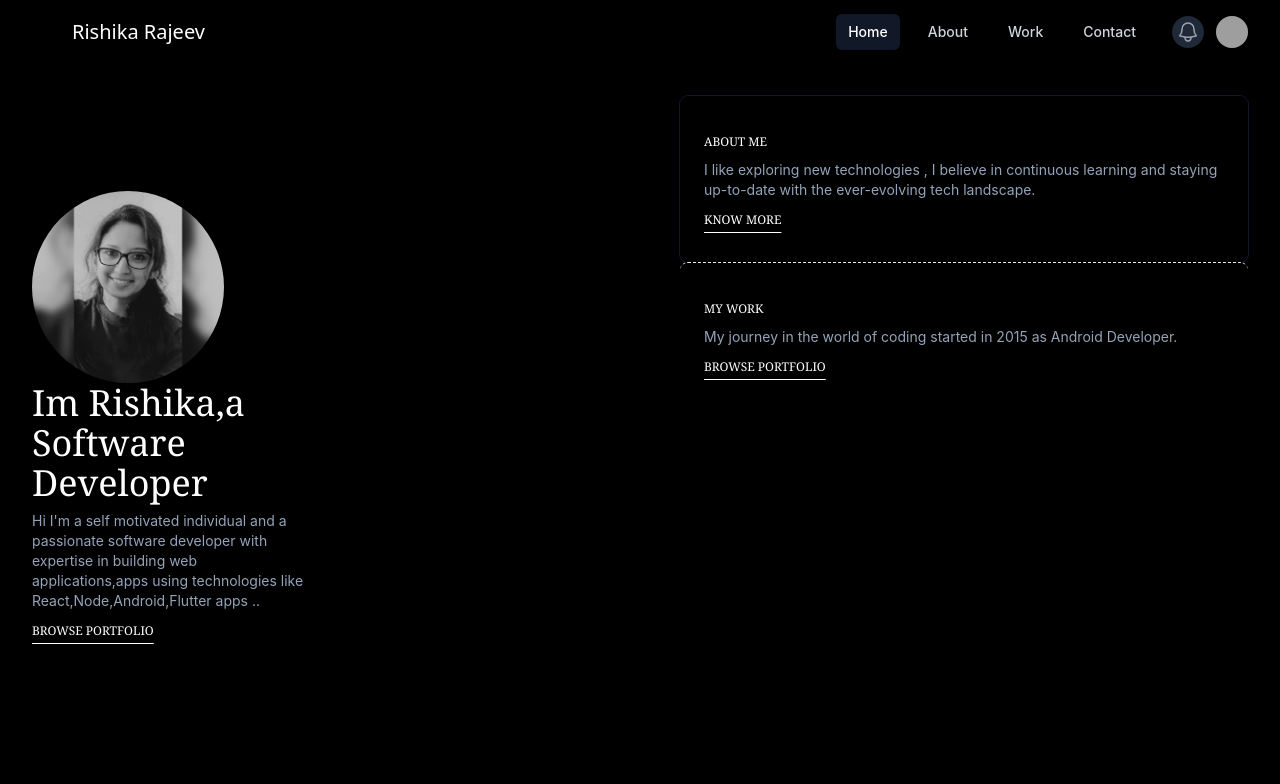
Repository: rishikarajeev/portfolio_rishika
Page: /
The author's editor kept a copy of each file at every save. The page is drawn from the files as they stood at one save, then again after a run of saves.
The browser window is 1280 px wide. The pictures show the whole page.
Pictures or frames that could not be fetched are drawn as grey boxes. The project was rebuilt for these pictures with package versions that can differ from the ones it lists, and the page was loaded fresh each time. Also part of the build but not shown: src/Pages/About.jsx, src/Pages/Contact.jsx, src/Components/Work.jsx, src/Components/Project.jsx, src/Pages/Mywork.jsx.

Above is the page before, as saved 2023-10-23 18:34:31.

After the next 2 saves:
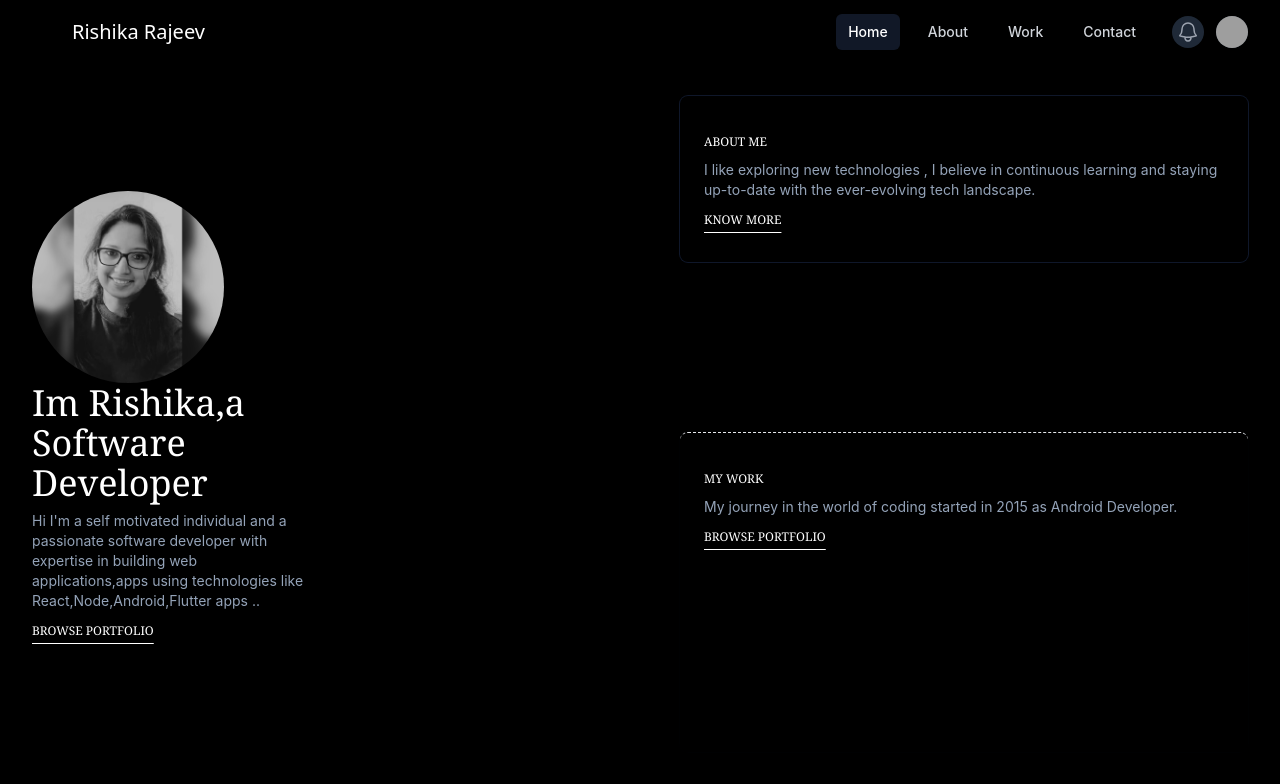
The 2 saves are shown as one change because they came seconds apart.
The last was saved 23 s later.
--- a/src/Pages/Home.jsx
+++ b/src/Pages/Home.jsx
@@ -10,7 +10,7 @@ function Home() {
     <Nav />
     <div class="grid grid-cols-1 md:grid-cols-2 h-screen dark md:bg-black gap-4  ">
       <div class="grid grid-cols-2 justify-center items-center m-8 ">
-        <div class=" col-span-1 dark:bg-black rounded-lg   mb-4 shadow-xl  ">
+        <div class="dark:bg-black rounded-lg   mb-4 shadow-xl  ">
           <div class="md:flex">
             <div class="md:shrink-0">
               <img
@@ -37,7 +37,7 @@ function Home() {
           </label>
         </div>
       </div>
-      <div class=" col-span-1 divide-y divide-dashed dark md:bg-black m-8">
+      <div class=" md:grid md:grid-rows-2 md:gap-4 divide-y divide-dashed dark md:bg-black m-8">
 
       <Link to="/about">
         <div class=" dark:dark:bg-black rounded-lg px-6 py-8 ring-1 ring-slate-900 shadow-xl">
